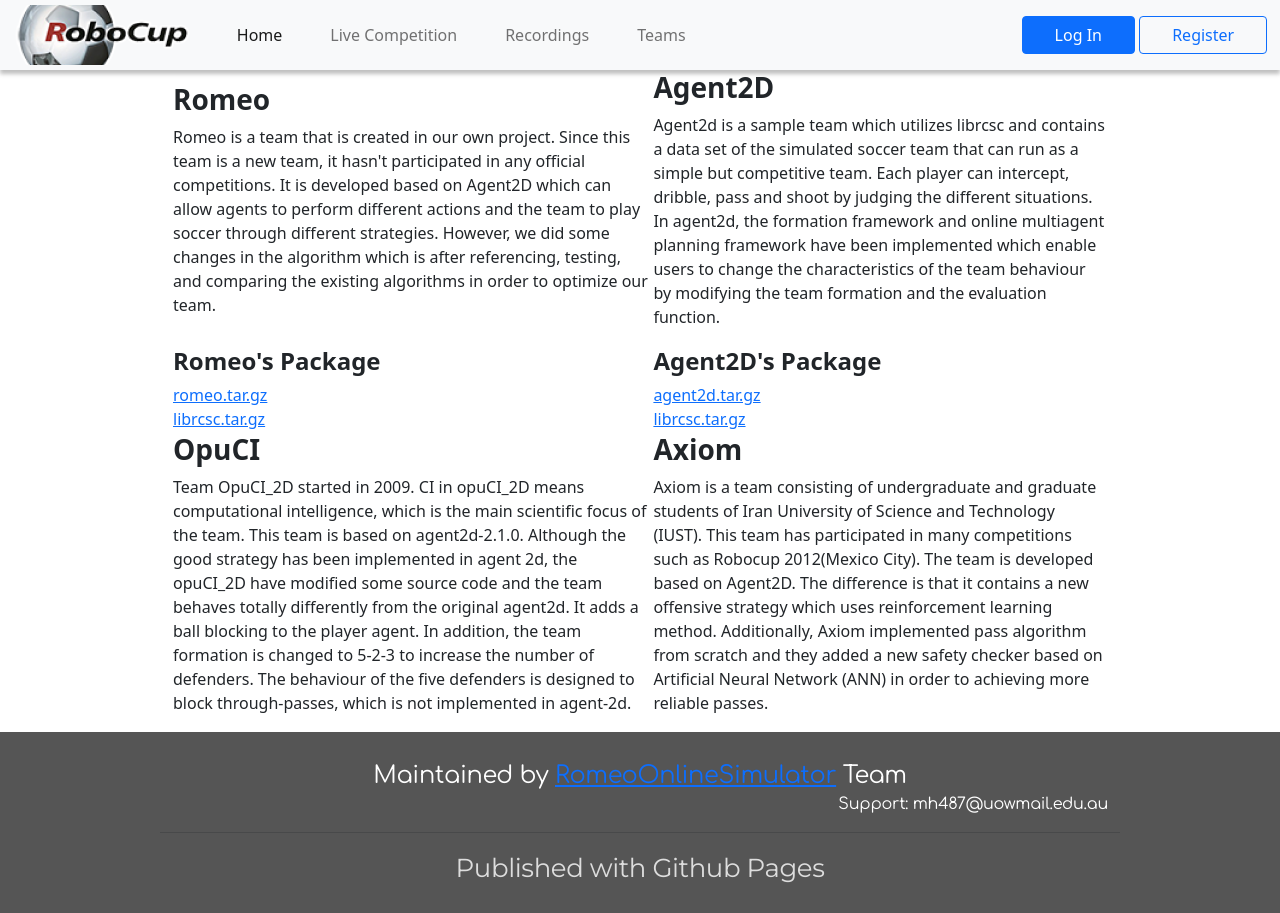
Repository: romeoonlinesim/romeoonlinesim.github.io
Page: test.html
An editor plug-in stored every save of this project. The page is shown before and after the next save, followed by the edit.
The browser window is 1280 px wide. The pictures show the whole page.

Above is the page before, as saved 2021-05-18 20:59:44.

### test.html
<!DOCTYPE html PUBLIC "-//W3C//DTD XHTML 1.0 Strict//EN"
"http://www.w3.org/TR/xhtml1/DTD/xhtml1-strict.dtd">
<html xmlns="http://www.w3.org/1999/xhtml">
<head>
<title>Robocup</title>
    <meta http-equiv="content-type" content="text/html; charset=iso-8859-1" />
    <link href="https://cdn.jsdelivr.net/npm/bootstrap@5.0.1/dist/css/bootstrap.min.css" rel="stylesheet" integrity="sha384-+0n0xVW2eSR5OomGNYDnhzAbDsOXxcvSN1TPprVMTNDbiYZCxYbOOl7+AMvyTG2x" crossorigin="anonymous">
    <link rel="stylesheet"
          href="https://fonts.googleapis.com/css?family=Montserrat">

    <link rel="stylesheet"
          href="https://fonts.googleapis.com/css?family=Comfortaa">


    <style>
        .navbar {
            padding-left:1%;
            padding-right:1%;
            padding-top: 0%;
            padding-bottom:0%;
            box-shadow: 0px 4px 4px rgba(0, 0, 0, 0.25);
        }

        .navbar-nav > li{
            padding-left:16px;
            padding-right:16px;
        }

        .navbar-right > a {
            padding-left:32px;
            padding-right:32px;
        }

        .background-img {
            max-width: 100%;
            height: auto;
        }


        .text {
            align-items: center;
            display:grid;
            grid-row-gap: 0%;
        }

        h3, h4 {
            font-weight: bold;
        }

        .para {
            font-family: Montserrat;
            font-style: normal;
            font-weight: normal;
            font-size: 32px;
            line-height: 50px;
            margin-bottom: 0%;
            /* or 139% */

            letter-spacing: -0.015em;

            color: rgba(0, 0, 0, 0.8);
        }

        .row {
            padding-bottom: 3%;
        }

        .no-padding {
            padding-bottom: 1%;
        }

        .right {
            text-align: right;
            float: right;
        }

        .grey {
            background: #F5F5F5;
        }

        .container-fluid {
            max-width: 75%;
            margin-top: 0%;
        }

        .footer {
            background: #555555;
            max-height: min-content;
        }

        .support-text {

            font-family: Comfortaa;
            font-style: normal;
            font-weight: normal;
            font-size: 24px;
            line-height: 32px;

            align-items: center;
            text-align: center;
            letter-spacing: -0.015em;

            color: #FFFFFF;
            padding-bottom: 0%;
            margin-bottom: 0%;
        }

        .support-email {
            font-family: Comfortaa;
            font-style: normal;
            font-weight: normal;
            font-size: 16px;
            align-items: center;
            text-align: right;
            letter-spacing: -0.015em;

            color: #FFFFFF;
        }

        .github-text {
            font-family: Montserrat;
            font-style: normal;
            font-weight: normal;
            font-size: 26px;

            text-align: center;
            letter-spacing: -0.015em;

            color: rgba(255, 255, 255, 0.8);
        }

    </style>
</head>

<body>
    <div class="navbar navbar-expand-lg navbar-light bg-light">
        <a href="#default" class = "navbar-brand">
            <img src="img/logo.png">
        </a>
        <div class="collapse navbar-collapse" id="navbarSupportedContent">
            <ul class="navbar-nav mr-auto">
                <li class="nav-item">
                    <a class="nav-link active" href="#home">Home</a>
                </li>
                <li class="nav-item">
                    <a class="nav-link" href="#livecompetition">Live Competition</a>
                </li>
                <li class="nav-item">
                    <a class="nav-link" href="#recording">Recordings</a>
                </li>
                <li class="nav-item">
                    <a class="nav-link" href="#team">Teams</a>
                </li>
            </ul>
        </div>
        <div class="navbar-right">
            <a href="#login" class="btn btn-primary">Log In</a>
            <a href="#register" class="btn btn-outline-primary">Register</a>
        </div>
    </div>

    <div class="container-fluid">
        <table>
            <tr>
                <td>
                    <div>
                        <h3>Romeo</h3>
                        <p class="description">Romeo is a team that is created in our own project. Since this team is a new team, it hasn't participated in any official competitions. It is developed based on Agent2D which can allow agents to perform different actions and the team to play soccer through different strategies. However, we did some changes in the algorithm which is after referencing, testing, and comparing the existing algorithms in order to optimize our team. </p>
                    </div>
                </td>
                <td>
                    <div>
                        <h3>Agent2D</h3>
                        <p class="description">Agent2d is a sample team which utilizes librcsc and contains a data set of the simulated soccer team that can run as a simple but competitive team. Each player can intercept, dribble, pass and shoot by judging the different situations. In agent2d, the formation framework and online multiagent planning framework have been implemented which enable users to change the characteristics of the team behaviour by modifying the team formation and the evaluation function.</p>
                    </div>

                </td>
            </tr>
            <tr>
                <td>
                    <div>
                        <h4>Romeo's Package</h4>
                        <div>
                            <a href="#">romeo.tar.gz</a>
                        </div>
                        <div>
                            <a href="#">librcsc.tar.gz</a>
                        </div>

                    </div>
                </td>
                <td>
                    <div>
                        <h4>Agent2D's Package</h4>
                        <div>
                            <a href="#">agent2d.tar.gz</a>
                        </div>
                        <div>
                            <a href="#">librcsc.tar.gz</a>
                        </div>
                    <div>
                </td>
            </tr>
            <tr>
                <td>
                    <div>
                        <h3>OpuCI</h3>
                        <p class="description">Team OpuCI_2D started in 2009. CI in opuCI_2D means computational intelligence, which is the main scientific focus of the team. This team is based on agent2d-2.1.0. Although the good strategy has been implemented in agent 2d, the opuCI_2D have modified some source code and the team behaves totally differently from the original agent2d. It adds a ball blocking to the player agent. In addition, the team formation is changed to 5-2-3 to increase the number of defenders. The behaviour of the five defenders is designed to block through-passes, which is not implemented in agent-2d.</p>
                    </div>
                </td>
                <td>
                    <div>
                        <h3>Axiom</h3>
                        <p class="description">Axiom is a team consisting of undergraduate and graduate students of Iran University of Science and Technology (IUST). This team has participated in many competitions such as Robocup 2012(Mexico City). The team is developed based on Agent2D. The difference is that it contains a new offensive strategy which uses reinforcement learning method. Additionally, Axiom implemented pass algorithm from scratch and they added a new safety checker based on Artificial Neural Network (ANN) in order to achieving more reliable passes.</p>
                    </div>
                </td>
            </tr>
            <tr>

            </tr>
            <tr>

            </tr>
        </table>
    </div>

    <div class="footer">
        <div class="container-fluid">
            <div class="row"></div>
            <div class="no-padding row">
                <p class="support-text">Maintained by <a href="#">RomeoOnlineSimulator</a> Team</p>
                <p class="support-email ml-auto">Support: mh487@uowmail.edu.au </p>
                <hr>
                <p class="github-text">Published with Github Pages</p>
            </div>
        </div>
    </div>
</body>
</html>

After the next save:
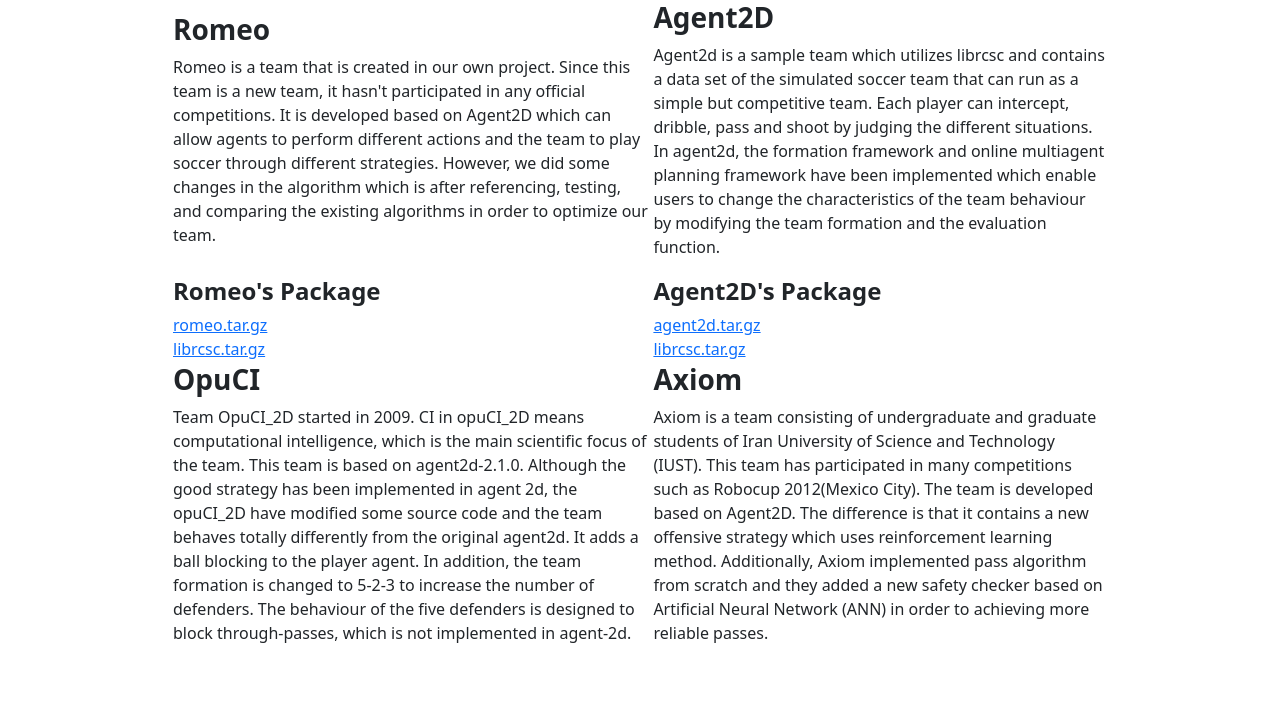
Saved 24 s later.
--- a/test.html
+++ b/test.html
@@ -133,31 +133,6 @@
 </head>
 
 <body>
-    <div class="navbar navbar-expand-lg navbar-light bg-light">
-        <a href="#default" class = "navbar-brand">
-            <img src="img/logo.png">
-        </a>
-        <div class="collapse navbar-collapse" id="navbarSupportedContent">
-            <ul class="navbar-nav mr-auto">
-                <li class="nav-item">
-                    <a class="nav-link active" href="#home">Home</a>
-                </li>
-                <li class="nav-item">
-                    <a class="nav-link" href="#livecompetition">Live Competition</a>
-                </li>
-                <li class="nav-item">
-                    <a class="nav-link" href="#recording">Recordings</a>
-                </li>
-                <li class="nav-item">
-                    <a class="nav-link" href="#team">Teams</a>
-                </li>
-            </ul>
-        </div>
-        <div class="navbar-right">
-            <a href="#login" class="btn btn-primary">Log In</a>
-            <a href="#register" class="btn btn-outline-primary">Register</a>
-        </div>
-    </div>
 
     <div class="container-fluid">
         <table>
@@ -222,18 +197,6 @@
 
             </tr>
         </table>
-    </div>
-
-    <div class="footer">
-        <div class="container-fluid">
-            <div class="row"></div>
-            <div class="no-padding row">
-                <p class="support-text">Maintained by <a href="#">RomeoOnlineSimulator</a> Team</p>
-                <p class="support-email ml-auto">Support: mh487@uowmail.edu.au </p>
-                <hr>
-                <p class="github-text">Published with Github Pages</p>
-            </div>
-        </div>
     </div>
 </body>
 </html>
